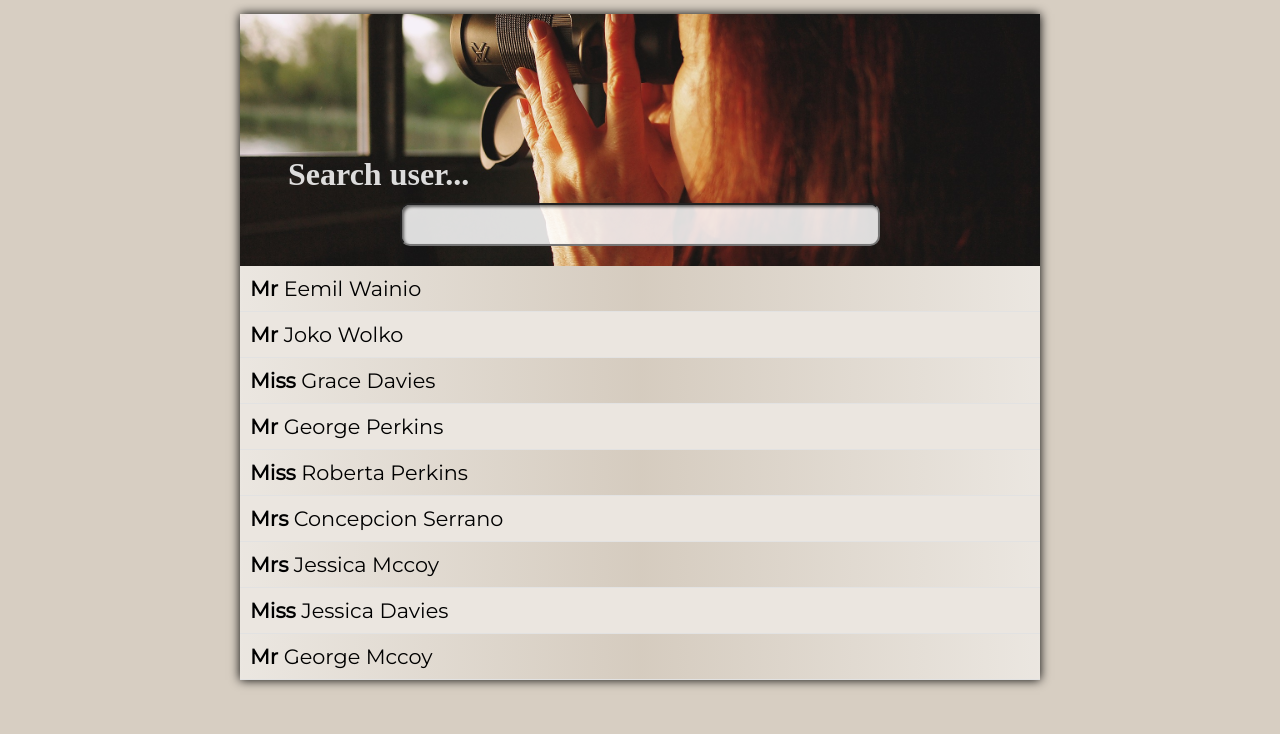
Repository: KrzysKolo/sr_tydzien5_zad4
Page: /
An editor plug-in stored every save of this project. The page is shown before and after the next save, followed by the edit.
The browser window is 1280 px wide. The pictures show the whole page.
Some web fonts or font styles are not loaded; a fallback is used. The project was rebuilt for these pictures with package versions that can differ from the ones it lists, and the page was loaded fresh each time.

Above is the page before, as saved 2021-01-03 06:27:08.

After the next save:
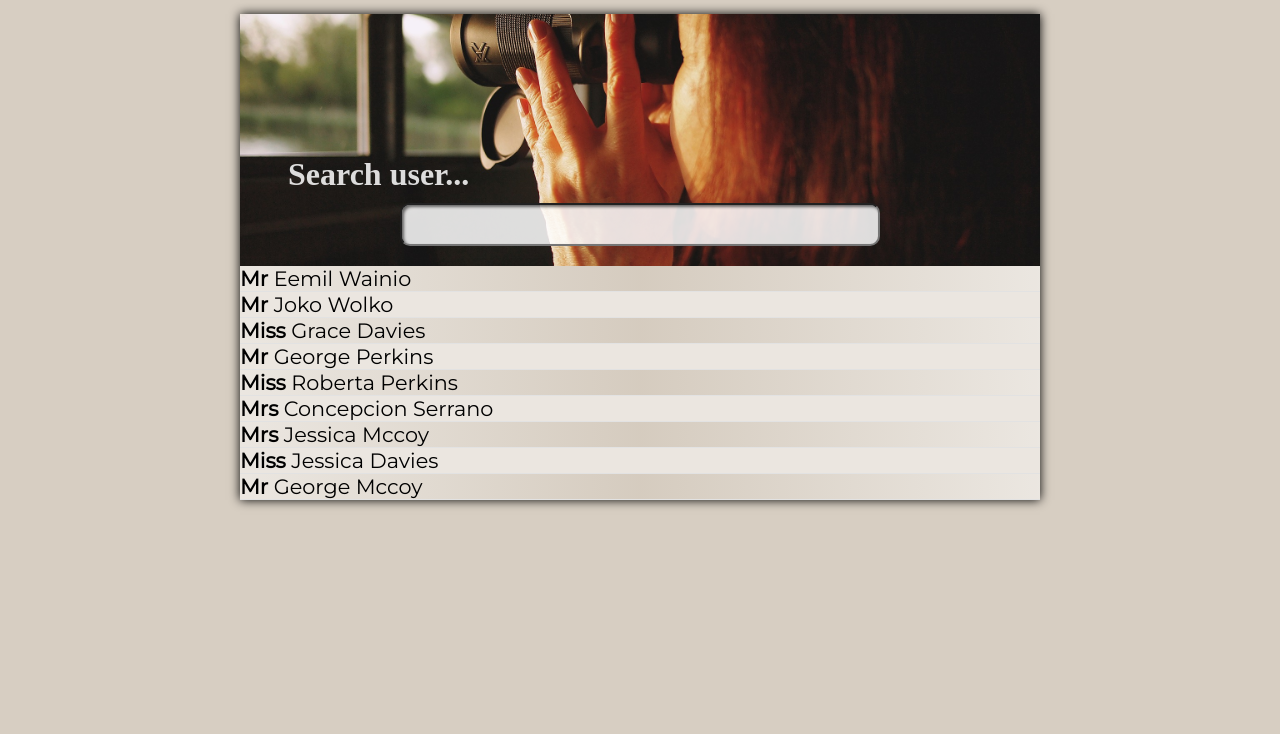
Saved 53 s later.
--- a/src/App.css
+++ b/src/App.css
@@ -48,7 +48,7 @@
 .user {
   font-size: 1.3rem;
   font-family: "Montserrat", sans-serif;
-  padding: 10px;
+  padding: 10px auto 10px 30px;
   list-style: none;
   border-bottom: 1px solid rgb(226, 226, 226);
   background-color: rgba(255, 255, 255, 0.5);

After the save that followed:
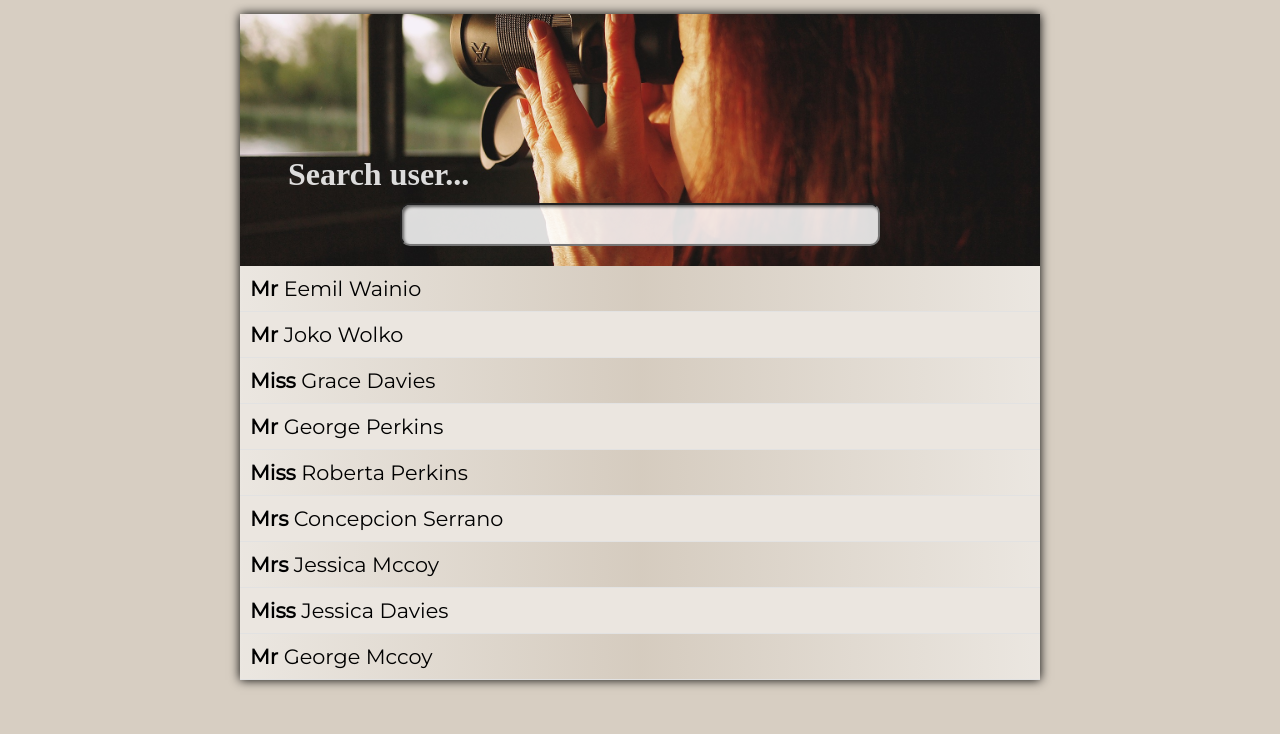
Saved 11 s later.
--- a/src/App.css
+++ b/src/App.css
@@ -48,7 +48,7 @@
 .user {
   font-size: 1.3rem;
   font-family: "Montserrat", sans-serif;
-  padding: 10px auto 10px 30px;
+  padding: 10px;
   list-style: none;
   border-bottom: 1px solid rgb(226, 226, 226);
   background-color: rgba(255, 255, 255, 0.5);
